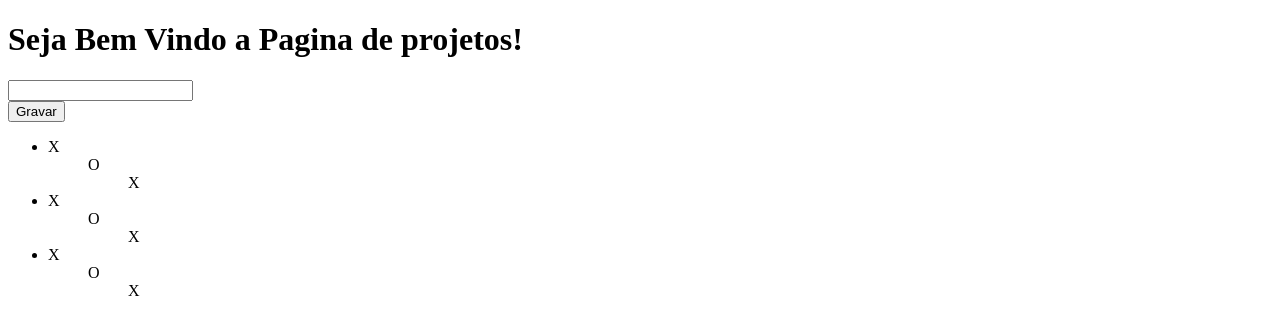
Repository: ericvinicius/cursojavaweb
Page: workspace/Projeto-Pessoal/WebContent/Main.html
These files come from the project's save history. The page is drawn as it stood at one moment and after the next save; the edit follows.
The browser window is 1280 px wide. The pictures show the whole page.

Above is the page before, as saved 2013-03-16 16:31:43.

### workspace/Projeto-Pessoal/WebContent/Main.html
<!DOCTYPE html PUBLIC "-//W3C//DTD HTML 4.01 Transitional//EN" "http://www.w3.org/TR/html4/loose.dtd">
<html>
<head>
<meta http-equiv="Content-Type" content="text/html; charset=UTF-8">
<title>Eric's Project</title>
</head>
<body>
	<h1>Seja Bem Vindo a Pagina de projetos!</h1>

	<input type="text" name="nome" />
	<br />
	<input type="submit" value="Gravar" />

	<ul>
		<li>X
			<ol>
				O
				<ol>
					X
				</ol>
			</ol>
		</li>
		<li>X
			<ol>
				O
				<ol>
					X
				</ol>
			</ol>
		</li>
		<li>X
			<ol>
				O
				<ol>
					X
				</ol>
			</ol>
		</li>
	</ul>

</body>
</html>

After the next save:
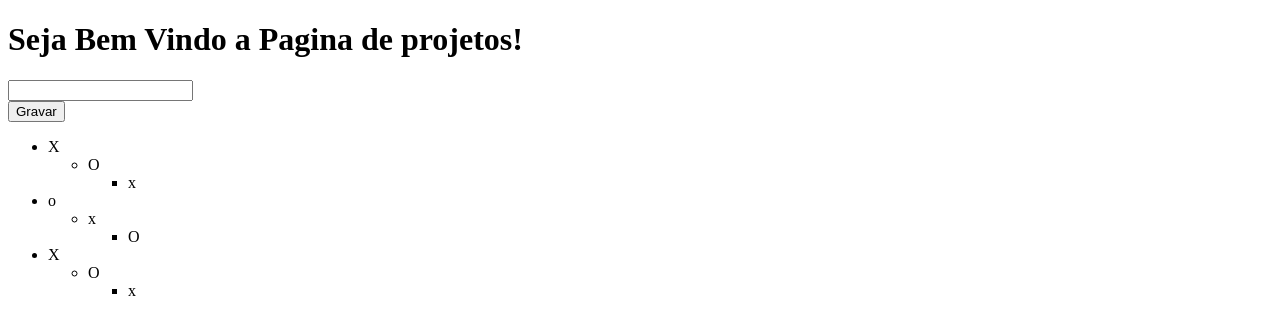
Saved 3 min 13 s later.
--- a/workspace/Projeto-Pessoal/WebContent/Main.html
+++ b/workspace/Projeto-Pessoal/WebContent/Main.html
@@ -13,28 +13,28 @@
 
 	<ul>
 		<li>X
-			<ol>
-				O
-				<ol>
-					X
-				</ol>
-			</ol>
+			<ul>
+				<li>O</li>
+				<ul>
+					<li>x</li>
+				</ul>
+			</ul>
+		</li>
+		<li>o
+			<ul>
+				<li>x</li>
+				<ul>
+					<li>O</li>
+				</ul>
+			</ul>
 		</li>
 		<li>X
-			<ol>
-				O
-				<ol>
-					X
-				</ol>
-			</ol>
-		</li>
-		<li>X
-			<ol>
-				O
-				<ol>
-					X
-				</ol>
-			</ol>
+			<ul>
+				<li>O</li>
+				<ul>
+					<li>x</li>
+				</ul>
+			</ul>
 		</li>
 	</ul>
 
